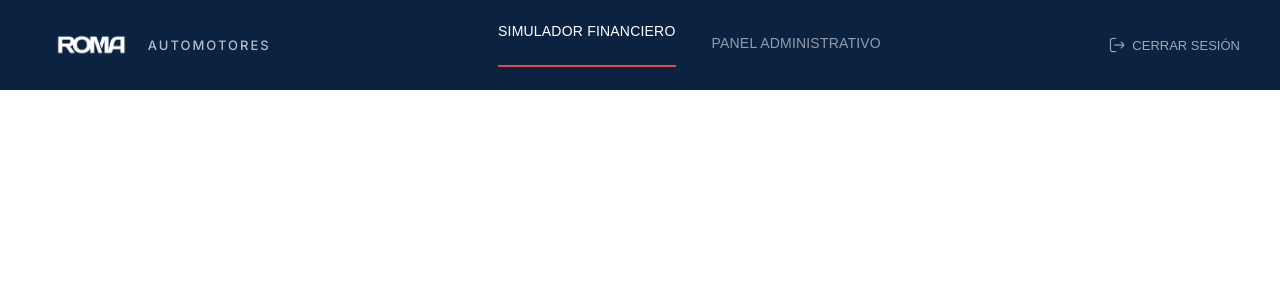
Repository: PPIII-9-012/Roma-System
Page: public/index.html
An editor plug-in stored every save of this project. The page is shown before and after the next save, followed by the edit.
The browser window is 1280 px wide. The pictures show the whole page.

Above is the page before, as saved 2026-08-22 12:29:22.

After the next save:
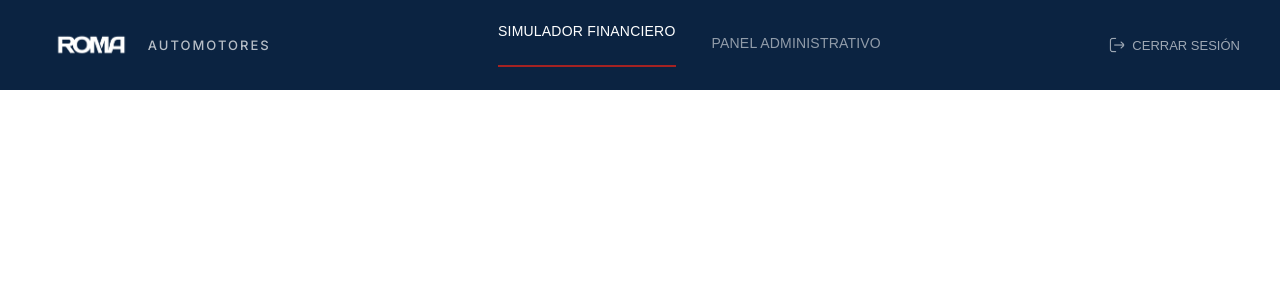
Saved 3 min 16 s later.
--- a/public/index.html
+++ b/public/index.html
@@ -68,7 +68,7 @@
         }
         .navbar-link.active {
             opacity: 1;
-            border-bottom: 2px solid #E24B4A;
+            border-bottom: 2px solid #a52222;
             padding-bottom: 26px;
         }
         .navbar-logout {
